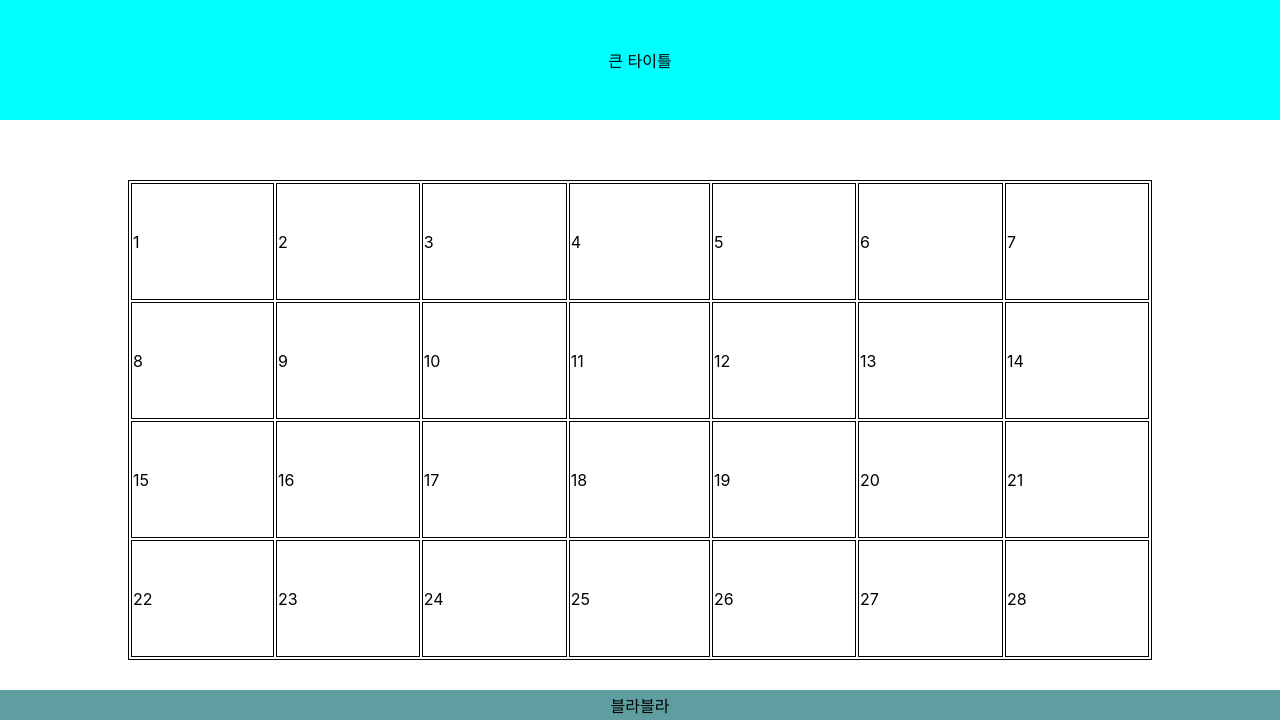
Repository: honeybong/SANGBONG
Page: /
The author's editor kept a copy of each file at every save. The page is drawn from the files as they stood at one save, then again after the next save.
The browser window is 1280 px wide. The pictures show the whole page.
The project was rebuilt for these pictures with package versions that can differ from the ones it lists, and the page was loaded fresh each time.

Above is the page before, as saved 2023-03-22 13:02:47.

After the next save:
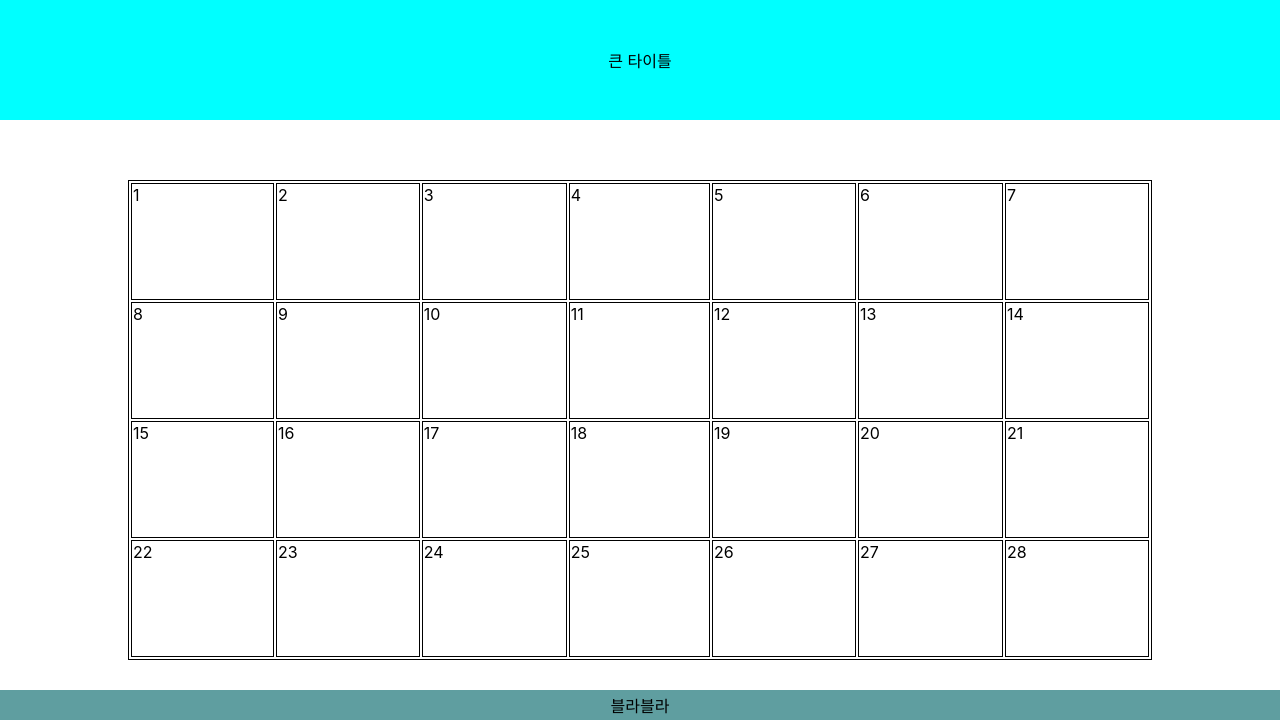
Saved 58 s later.
--- a/src/App.scss
+++ b/src/App.scss
@@ -22,6 +22,7 @@
       height: 80%;
       border: 1px solid black;
       td {
+        vertical-align : top;
         border: 1px solid black;
       }
     }
